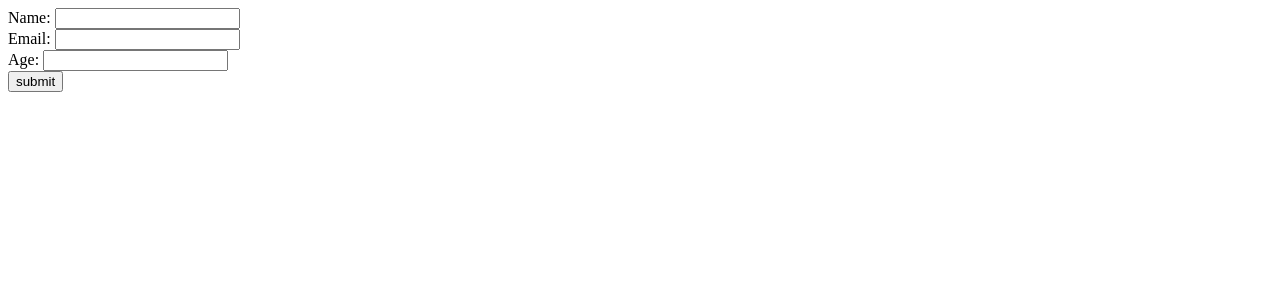
Repository: Haakim19/web-dev
Page: form.html
The author's editor kept a copy of each file at every save. The page is drawn from the files as they stood at one save, then again after the next save.
The browser window is 1280 px wide. The pictures show the whole page.

Above is the page before, as saved 2024-06-02 12:19:44.

After the next save:
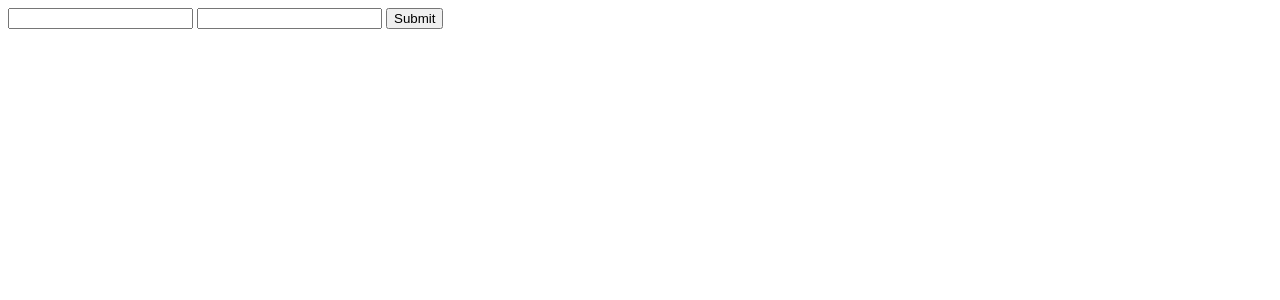
Saved 84 min 35 s later.
--- a/form.html
+++ b/form.html
@@ -7,13 +7,9 @@
 </head>
 <body>
     <form action="form.php" method = "POST">
-        <label for="name">Name:</label>
-        <input type = "text" id = "name" name = "name" value=""><br>
-        <label for="email">Email:</label>
-        <input type = "email" id = "email" name = "email" value=""><br>
-        <label for = "age">Age:</label>
-        <input type="number" id = "age" name = "age" value=""><br>
-        <button type="submit">submit</button>
+       <input type="text" name = "fname" id = "fname">
+       <input type="text" name = "lname" id = "lname">
+         <input type="submit" value = "Submit">
     </form>
 </body>
 </html>
